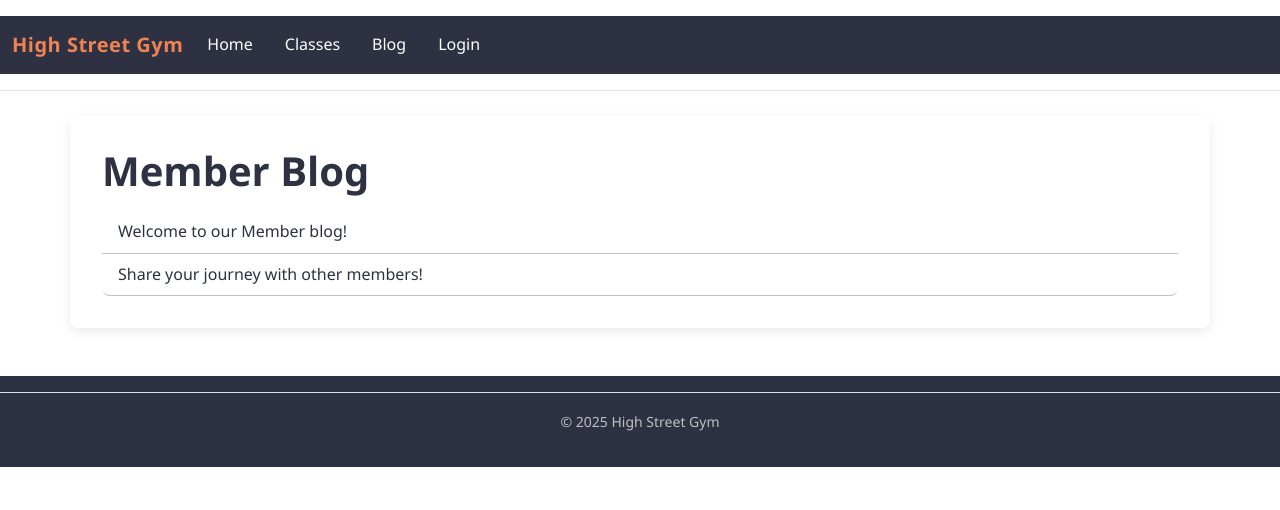
Repository: HBDSolutions/highstreetgym
Page: http://localhost/highstreetgym/views/blog.php
An editor plug-in stored every save of this project. The page is shown before and after the next save, followed by the edit.
The browser window is 1280 px wide. The pictures show the whole page.
The page is run by PHP 8.4 with error messages shown; the project is at /var/www/html/.

Above is the page before, as saved 2025-10-26 21:00:54.

### views/blog.php
<?php
$title = "Member Blog";
$items = ['Welcome to our Member blog!', 'Share your journey with other members!'];
$view  = __DIR__ . '/blog.content.php';
include __DIR__ . '/layouts/base.php';

### views/layouts/base.php
<!DOCTYPE html>

<html lang="en">
    <head>
        <meta charset="UTF-8">
        <meta name="viewport" content="width=device-width, initial-scale=1.0">
        <title><?= htmlspecialchars($title ?? 'High Street Gym') ?></title>

        <!-- All paths relative to /highstreetgym/ -->
        <base href="/highstreetgym/">

        <!-- Bootstrap 5 CSS -->
        <link href="https://cdn.jsdelivr.net/npm/bootstrap@5.3.3/dist/css/bootstrap.min.css"
                rel="stylesheet"
                integrity="sha384-QWTKZyjpPEjISv5WaRU9OFeRpok6YctnYmDr5pNlyT2bRjXh0JMhjY6hW+ALEwIH"
                crossorigin="anonymous">

        <!-- Bootstrap Icons -->
        <link rel="stylesheet"
                href="https://cdn.jsdelivr.net/npm/bootstrap-icons@1.11.3/font/bootstrap-icons.min.css">

        <!-- Local stylesheet -->
        <link rel="stylesheet" href="assets/style.css?v=1">

        <!-- Bootstrap JS bundle -->
        <script src="https://cdn.jsdelivr.net/npm/bootstrap@5.3.3/dist/js/bootstrap.bundle.min.js"
                integrity="sha384-YvpcrYf0tY3lHB60NNkmXc5s9fDVZLESaAA55NDzOxhy9GkcIdslK1eN7N6jIeHz"
                crossorigin="anonymous"></script>
    </head>

    <body>
        <?php include __DIR__ . '/../partials/header.php'; ?>

        <main class="container my-4">
            <?php if (!empty($view)) include $view; ?>
        </main>

        <footer class="mt-5">
            <?php include __DIR__ . '/../partials/footer.php'; ?>
        </footer>
    </body>

</html>

### views/partials/header.php
<?php
?>

<header class="py-3 mb-3 border-bottom">
  <?php include __DIR__ . '/nav.php'; ?>
</header>

### views/partials/nav.php
<?php
    $path = parse_url($_SERVER['REQUEST_URI'] ?? '/', PHP_URL_PATH) ?: '/';
    function active($needle, $path) { return str_ends_with($path, $needle) ? 'active' : ''; }
?>

<nav class="navbar navbar-expand-lg">
  <div class="container-fluid">
    <a class="navbar-brand" href="index.php">
      <i class="bi bi-dumbbell"></i> High Street Gym
    </a>
    <button class="navbar-toggler" type="button" data-bs-toggle="collapse" data-bs-target="#mainNav">
      <span class="navbar-toggler-icon"></span>
    </button>
    <div class="collapse navbar-collapse" id="mainNav">
      <ul class="navbar-nav me-auto mb-2 mb-lg-0">
        <li class="nav-item"><a class="nav-link" href="index.php">Home</a></li>
        <li class="nav-item"><a class="nav-link" href="views/classes.php">Classes</a></li>
        <li class="nav-item"><a class="nav-link" href="views/blog.php">Blog</a></li>
        <li class="nav-item"><a class="nav-link" href="views/auth/login.php">Login</a></li>
      </ul>
    </div>
  </div>
</nav>

### views/blog.content.php
<h1 class="mb-3"><?= htmlspecialchars($title) ?></h1>
<?php include __DIR__ . '/partials/list.php'; ?>

### views/partials/list.php
<?php // expects $items ?>
<ul class="list-group">
  <?php foreach (($items ?? []) as $i): ?>
    <li class="list-group-item"><?= htmlspecialchars(is_array($i) ? ($i['text'] ?? '') : $i) ?></li>
  <?php endforeach; ?>
</ul>

### views/partials/footer.php
<footer class="text-center text-muted py-3 border-top">
  <small>&copy; <?= date('Y') ?> High Street Gym</small>
</footer>

### assets/css/style.css
/* === High Street Gym Custom Theme === */
:root {
  /* Base brand palette */
  --hsg-primary:   #EF8354;
  --hsg-secondary: #4F5D75;
  --hsg-muted:     #BFC0C0;
  --hsg-dark:      #2D3142;
  --hsg-light:     #FFFFFF;

  /* Bootstrap variable overrides */
  --bs-body-bg: var(--hsg-light);
  --bs-body-color: var(--hsg-dark);
  --bs-primary: var(--hsg-primary);
  --bs-secondary: var(--hsg-secondary);
  --bs-success: #2ECC71;
  --bs-danger:  #E74C3C;
  --bs-warning: #F1C40F;
  --bs-info:    #3498DB;
  --bs-border-radius: .5rem;
  --bs-font-sans-serif: "Segoe UI", Roboto, "Helvetica Neue", Arial, sans-serif;
}

/* === Global layout === */
body {
  background-color: var(--bs-body-bg);
  color: var(--bs-body-color);
  line-height: 1.6;
}

h1, h2, h3, h4 {
  font-weight: 600;
  color: var(--hsg-dark);
}

/* === Navbar === */
.navbar {
  background-color: var(--hsg-dark) !important;
}
.navbar .navbar-brand {
  color: var(--hsg-primary) !important;
  font-weight: 700;
  letter-spacing: .5px;
}
.navbar .nav-link {
  color: var(--hsg-light) !important;
  margin-right: 1rem;
  transition: color .2s ease-in-out;
}
.navbar .nav-link:hover,
.navbar .nav-link.active {
  color: var(--hsg-primary) !important;
  text-decoration: underline;
}

/* === Main container card === */
main.container {
  background: var(--hsg-light);
  padding: 2rem;
  border-radius: var(--bs-border-radius);
  box-shadow: 0 4px 12px rgba(0,0,0,0.08);
}

/* === Buttons === */
.btn-primary {
  background-color: var(--hsg-primary);
  border-color: var(--hsg-primary);
}
.btn-primary:hover {
  background-color: var(--hsg-secondary);
  border-color: var(--hsg-secondary);
}

/* === Tables === */
.table {
  color: var(--hsg-dark);
  border-color: var(--hsg-muted);
}
.table thead {
  background-color: var(--hsg-secondary);
  color: var(--hsg-light);
}
.table-striped tbody tr:nth-of-type(odd) {
  background-color: #f8f9fa;
}

/* === Footer === */
footer {
  background-color: var(--hsg-dark);
  color: var(--hsg-light);
  text-align: center;
  padding: 1rem 0;
}
footer small {
  color: var(--hsg-muted);
}

/* === Utility tweaks === */
a { color: var(--hsg-primary); }
a:hover { color: var(--hsg-secondary); }

.list-group-item {
  border: none;
  border-bottom: 1px solid var(--hsg-muted);
}

After the next save:
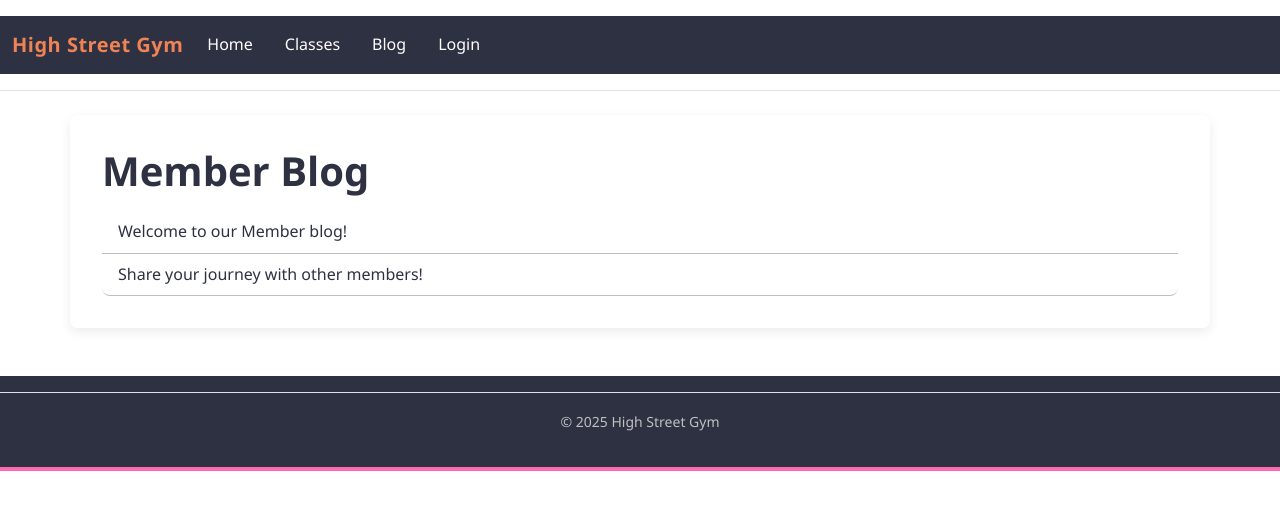
Saved 18 min 19 s later.
--- a/assets/css/style.css
+++ b/assets/css/style.css
@@ -102,3 +102,5 @@ a:hover { color: var(--hsg-secondary); }
   border: none;
   border-bottom: 1px solid var(--hsg-muted);
 }
+
+body { outline: 4px solid hotpink !important; }
